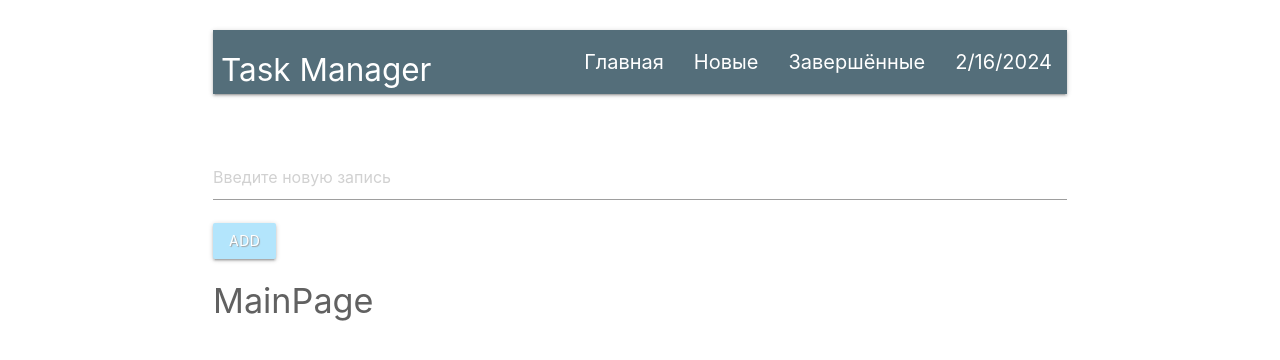
Repository: iveivs/myReactTaskManager
Page: /
An editor plug-in stored every save of this project. The page is shown before and after the next save, followed by the edit.
The browser window is 1280 px wide. The pictures show the whole page.
The project was rebuilt for these pictures with package versions that can differ from the ones it lists, and the page was loaded fresh each time. Also part of the build but not shown: vite.config.js, src/components/DoneTasks.jsx, src/components/NewTasks.jsx.

Above is the page before, as saved 2024-02-21 10:56:20.

After the next save:
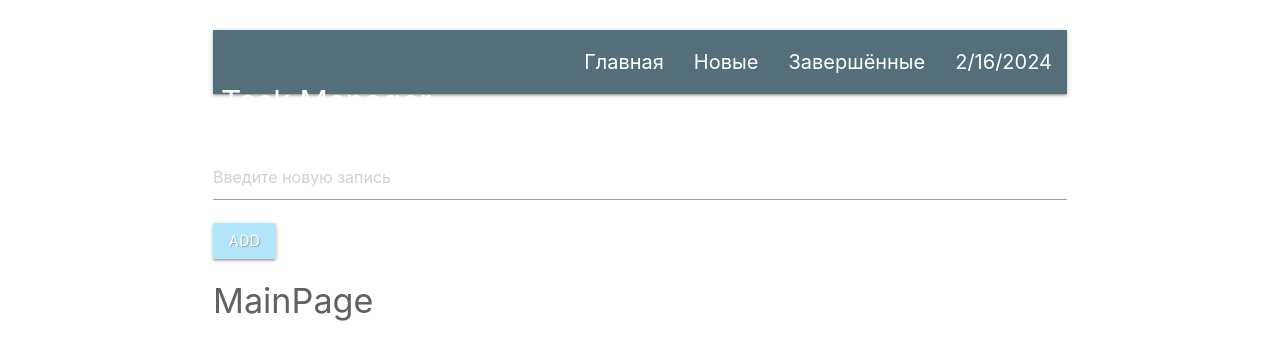
Saved 12 s later.
--- a/src/index.css
+++ b/src/index.css
@@ -2,10 +2,10 @@
 .nav-wrapper {
     padding-left: 8px;
     /* text-shadow: 1px 1px 1px #a3a3a3; */
-    /* display: flex ;
+    display: flex ;
     flex-direction: row;
     justify-content: space-between;
-    align-items: center; */
+    align-items: center;
 
 }
 .nav-wrapper ul li {
